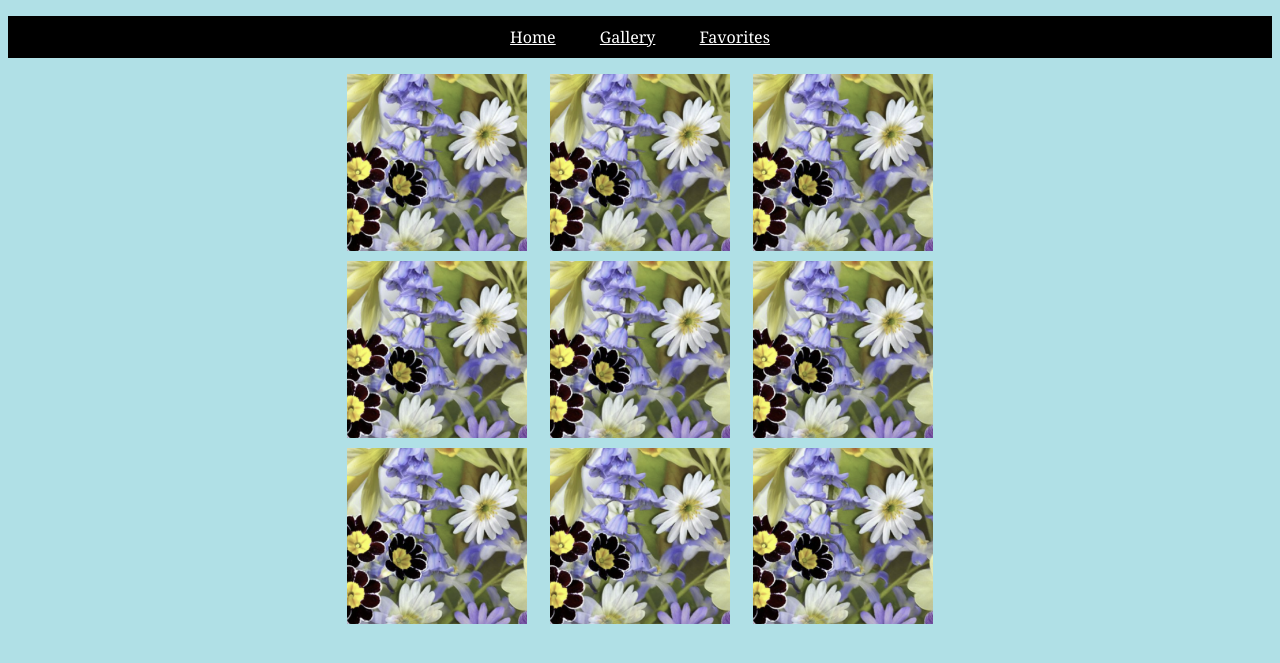
Repository: Brittany-Westlund/WebDesign
Page: Assignment3/gallery.html
The author's editor kept a copy of each file at every save. The page is drawn from the files as they stood at one save, then again after the next save.
The browser window is 1280 px wide. The pictures show the whole page.

Above is the page before, as saved 2025-06-04 23:12:43.

After the next save:
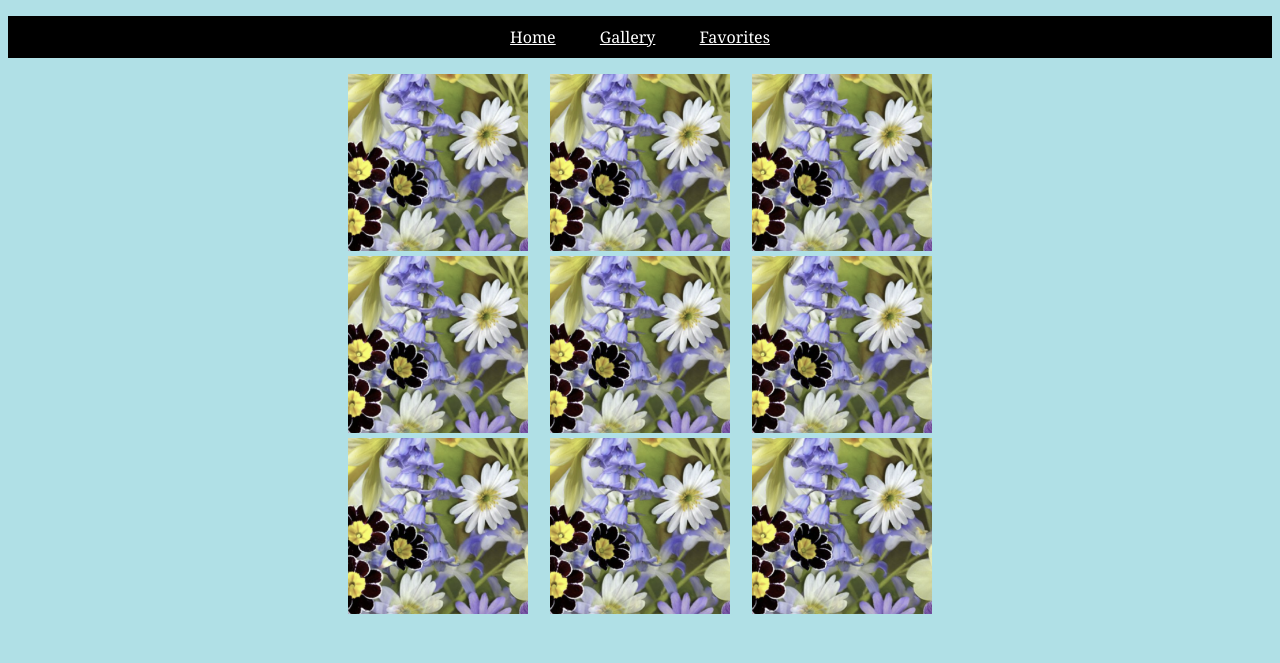
Saved 69 s later.
--- a/Assignment3/gallery.html
+++ b/Assignment3/gallery.html
@@ -16,7 +16,7 @@
   </ul>
 </nav>
 
-<div gallery>
+<div id="gallery">
   <img src="images/wildflowers-square.png" alt="A closeup of wildflowers.">
   <img src="images/wildflowers-square.png" alt="A closeup of wildflowers.">
   <img src="images/wildflowers-square.png" alt="A closeup of wildflowers.">

After the save that followed:
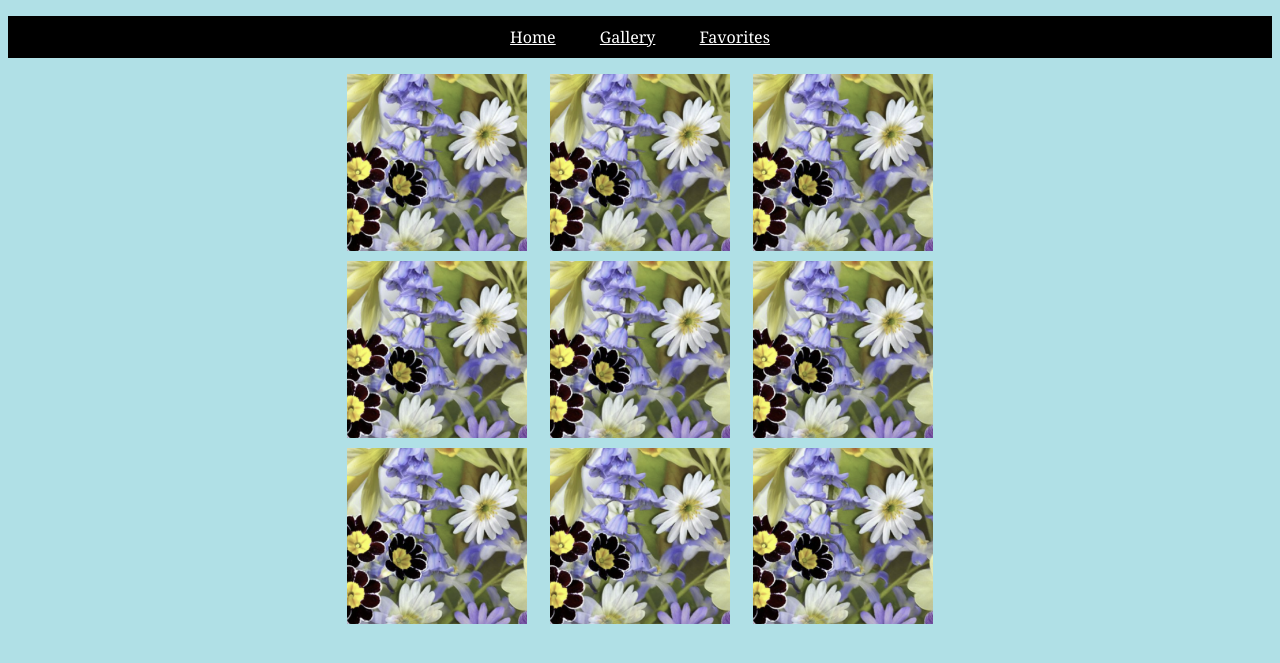
Saved 17 s later.
--- a/Assignment3/style/style.css
+++ b/Assignment3/style/style.css
@@ -52,7 +52,7 @@
     display: flex;
     flex-wrap: wrap;
     justify-content: center;
-    gap: 5px; /* spacing between images */
+    gap: 10px; /* spacing between images */
     max-width: 600px; /* optional: keeps the grid from stretching too far */
     margin: 0 auto;
     }
